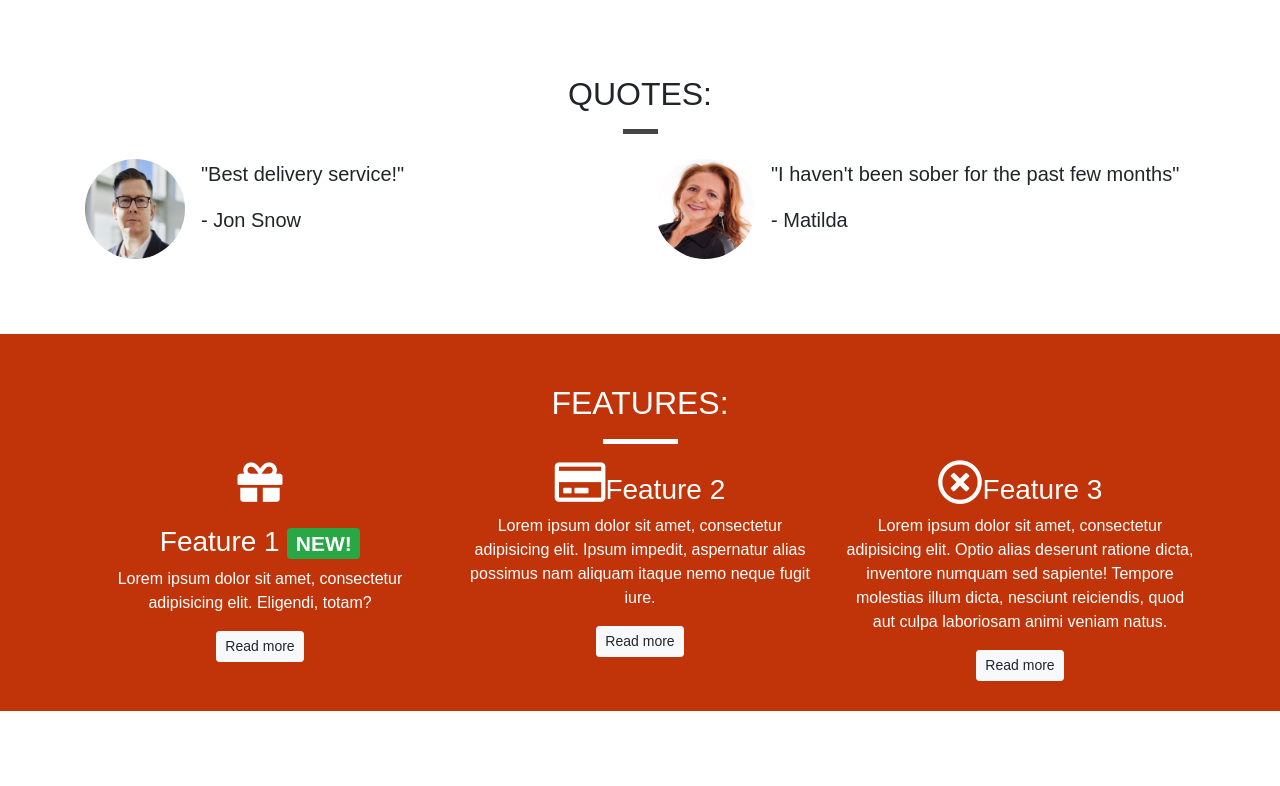
Repository: mkuti/Whiskey_website_using_Bootstrap
Page: index.html
The author's editor kept a record of every edit. The page is drawn from the files as they stood at one moment, then again after the next edit.
The browser window is 1280 px wide. The pictures show the part of the page from y = 720 to 1534 px (the page is 1506 px tall before and 1534 px after).
Backgrounds fixed to the window are drawn as part of the page. Some web fonts or font styles are not loaded; a fallback is used. Some web libraries are served in a nearby version.

Above is the page before.

After the next edit:
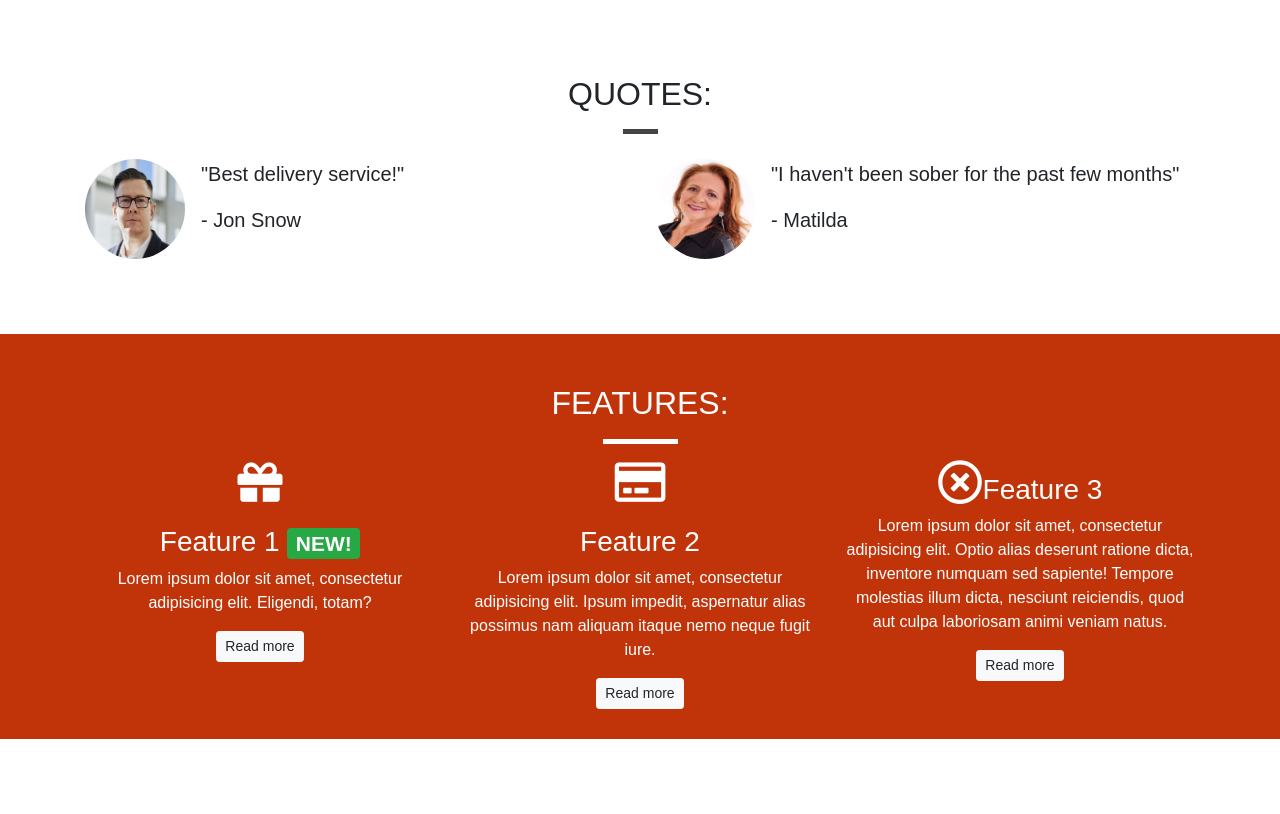
The edit:
--- a/index.html
+++ b/index.html
@@ -139,7 +139,7 @@
 
                     <div class="col-12 col-md-6 col-lg-4">
                         <div class=feature>
-                            <h3><i class="far fa-credit-card d-none d-sm-inline"></i>Feature 2</h3>
+                            <h3><i class="far fa-credit-card d-none d-sm-block"></i>Feature 2</h3>
                             <p>Lorem ipsum dolor sit amet, consectetur adipisicing elit. Ipsum impedit, aspernatur alias possimus nam aliquam itaque nemo neque fugit iure.</p>
                             <p><a class="btn btn-sm btn-light" href="">Read more</a></p>
                         </div>
